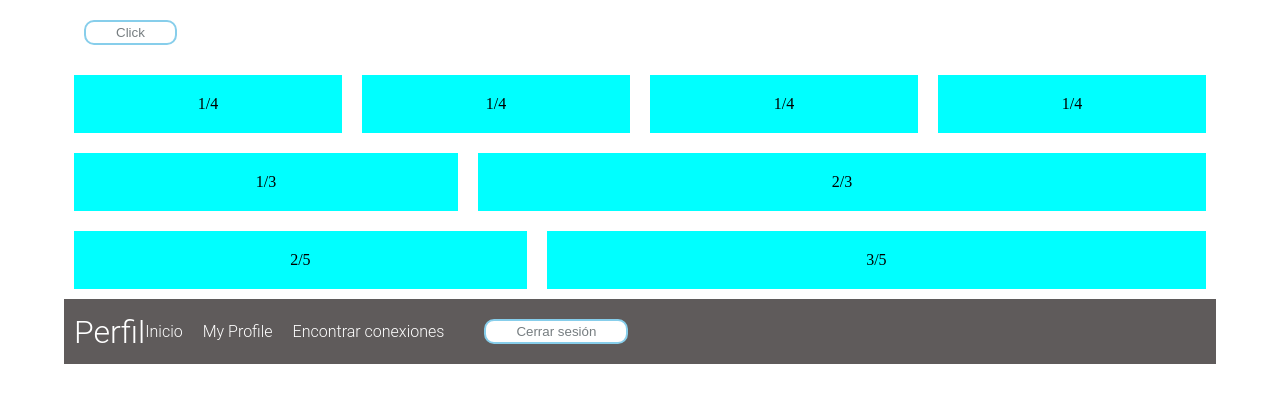
Repository: Fredy452/202306_css
Page: Opcional/Css_Library/index.html
An editor plug-in stored every save of this project. The page is shown before and after the next save, followed by the edit.
The browser window is 1280 px wide. The pictures show the whole page.

Above is the page before, as saved 2023-06-23 13:14:14.

After the next save:
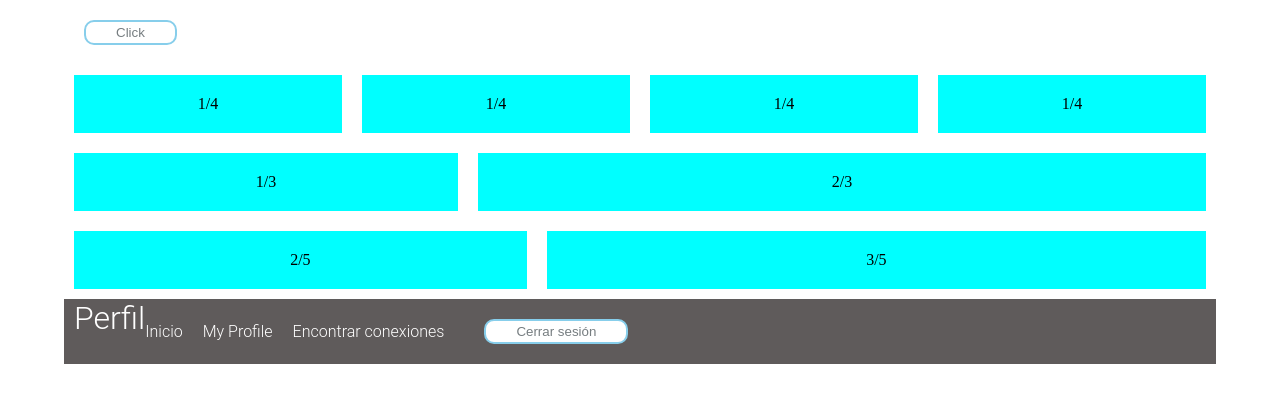
Saved 11 s later.
--- a/Opcional/Css_Library/css/dojo.css
+++ b/Opcional/Css_Library/css/dojo.css
@@ -54,8 +54,6 @@
 /* Navbar */
 .nav{
     display: flex;
-    align-items:center;
-    /* justify-content: space-between; */
     background-color:#5f5b5b;
     font-family: 'Roboto', sans-serif;
 }
@@ -68,6 +66,7 @@
 ul{
     display: flex;
     align-items: center;
+
 }
 ul, li{
     list-style: none;

After the save that followed:
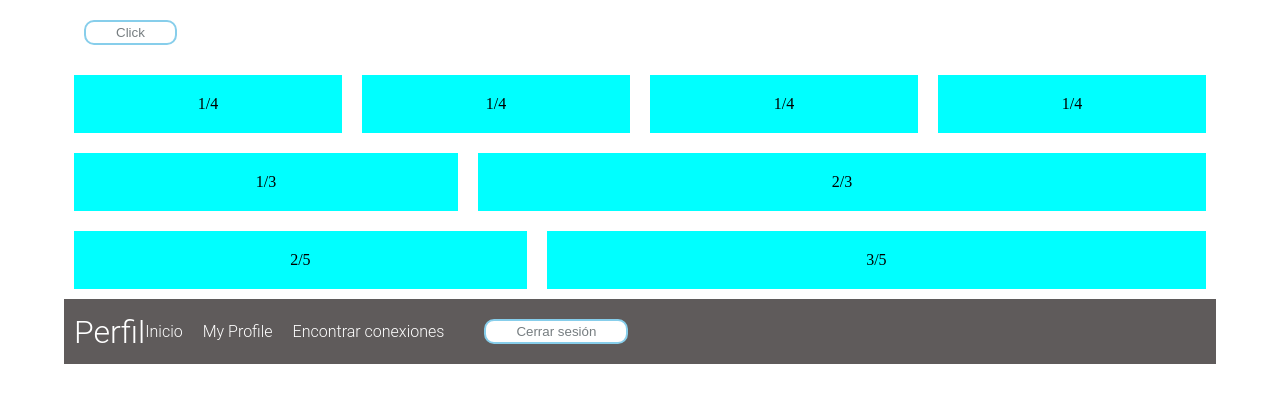
Saved 5 s later.
--- a/Opcional/Css_Library/css/dojo.css
+++ b/Opcional/Css_Library/css/dojo.css
@@ -54,6 +54,8 @@
 /* Navbar */
 .nav{
     display: flex;
+    align-items:center;
+    /* justify-content: space-between; */
     background-color:#5f5b5b;
     font-family: 'Roboto', sans-serif;
 }
